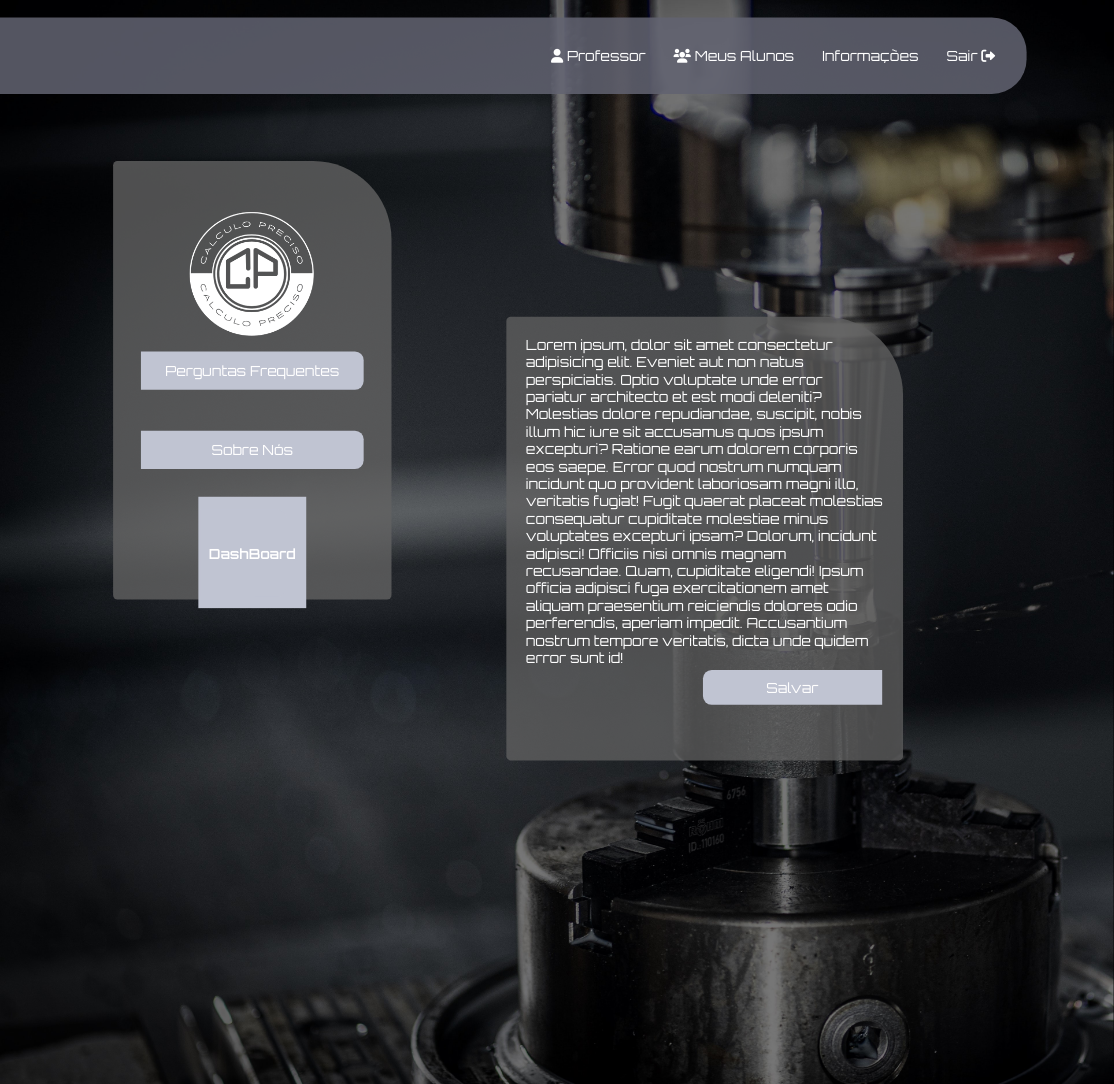
Repository: SSancaSH-Projetos/C-lculo-Preciso
Page: Front-End/informacoes.html
The author's editor kept a copy of each file at every save. The page is drawn from the files as they stood at one save, then again after the next save.
The browser window is 1280 px wide. The pictures show the whole page, at 87% of full size.

Above is the page before, as saved 2024-04-26 19:45:11.

### Front-End/informacoes.html
<!DOCTYPE html>
<html lang="pt-BR ">

<head>
    <title>Cálculo Preciso - Informações</title>
    <meta charset="UTF-8">
    <meta name="viewport" content="width=device-width, initial-scale=1.0">


    <link rel="stylesheet" href="assets/css/reset.css">
    <link href="https://cdnjs.cloudflare.com/ajax/libs/font-awesome/6.0.0-beta3/css/all.min.css" rel="stylesheet">

    <link rel="icon" type="image/png" sizes="32x32" href="assets/images/favicon-32x32.png">
    <meta name="theme-color" content="#ffffff">

    <link href="https://cdn.jsdelivr.net/npm/bootstrap@5.2.3/dist/css/bootstrap.min.css" rel="stylesheet"
        integrity="sha384-rbsA2VBKQhggwzxH7pPCaAqO46MgnOM80zW1RWuH61DGLwZJEdK2Kadq2F9CUG65" crossorigin="anonymous">
    <script src="https://cdn.jsdelivr.net/npm/bootstrap@5.2.3/dist/js/bootstrap.bundle.min.js"
        integrity="sha384-kenU1KFdBIe4zVF0s0G1M5b4hcpxyD9F7jL+jjXkk+Q2h455rYXK/7HAuoJl+0I4"
        crossorigin="anonymous"></script>

    <script type="module" src="https://unpkg.com/@google/model-viewer/dist/model-viewer.min.js"></script>
    <script nomodule src="https://unpkg.com/@google/model-viewer/dist/model-viewer-legacy.js"></script>

    <link rel="stylesheet" href="assets/css/geral.css">
    <link rel="stylesheet" href="assets/css/informacoes.css">


</head>

<body class="containerGeral">
    <header>
        <div class="navbar">
            <a href="#">
                <i class="fa-solid fa-user" style="color: #ffffff;"></i> Professor</a>
            <a href="#">
                <i class="fa-solid fa-users" style="color: #ffffff;"></i> Meus Alunos
            </a>
            <a href="informações.html">Informações</a>
            <a href="index.html">
                Sair <i class="fa-solid fa-right-from-bracket" style="color: #ffffff;"></i></a>
        </div>
    </header>

    <div class="div-container">
        <div class="container3d">
            <div class="layout-container">

                <img class="logoCalculoPreciso" src="assets/images/logoBranco.png" alt="PrecisionTechLogo">
                <button class="btn" style="background-color: #C0C4D2;">Perguntas Frequentes</button>
                <button class="btn" style="background-color: #C0C4D2;">Sobre Nós</button>
                <a style="background-color: #C0C4D2;" href="dashboard.html"><button class="btn btn-sidebar">DashBoard</button></a>
            </div>
            <div class="containerPeca3d">
                <model-viewer id="parts" class="parts-3d" controls auto-rotate
                    src="assets/3DModels/ImageToStl.com_3.7240x-2860.glb" camera-controls></model-viewer>
            </div>
        </div>

        <div class="cadastro-container">
            <p>Lorem ipsum, dolor sit amet consectetur adipisicing elit. Eveniet aut non natus perspiciatis. Optio
                voluptate unde error pariatur architecto et est modi deleniti? Molestias dolore repudiandae, suscipit,
                nobis illum hic iure sit accusamus quos ipsum excepturi? Ratione earum dolorem corporis eos saepe. Error
                quod nostrum numquam incidunt quo provident laboriosam magni illo, veritatis fugiat! Fugit quaerat
                placeat molestias consequatur cupiditate molestiae minus voluptates excepturi ipsam? Dolorum, incidunt
                adipisci! Officiis nisi omnis magnam recusandae. Quam, cupiditate eligendi! Ipsum officia adipisci fuga
                exercitationem amet aliquam praesentium reiciendis dolores odio perferendis, aperiam impedit.
                Accusantium nostrum tempore veritatis, dicta unde quidem error sunt id!</p>
            <button class="btn1" style="background-color: #C0C4D2; align-items: self-end;">Salvar</button>
        </div>
    </div>
</body>


</html>

### Front-End/assets/css/geral.css
@import url('https://fonts.googleapis.com/css2?family=Orbitron:wght@400..900&display=swap');

html{
  font-family: Arial, Helvetica, sans-serif;
}

.body-container {
  background-image: url("../images/bg3.jpg");
  background-size: cover;
  display: flex;
  justify-content: center;
  align-items: center;
  margin-left: 0;
  margin-top: 0px;

}

.page-title{
  text-align: center;
  color: #ffffff;
  font-family: "Orbitron";
  font-size: 1.6em;
}

.btn {
  background-color: #C0C4D2;
  border: none;
  color: #fff;
  font-size: 1.5em;
  padding: 10px 10px;
  text-align: center;
  text-decoration: none;
  cursor: pointer;
  border-radius: 0 5px 5px 0;
  /* Ajusta apenas os cantos à direita */
  width: 60%;
  position: flex;
  font-family: "Orbitron";
}

.btn-padrao {
  background-color: #C0C4D2;
  border: none;
  color: #fff;
  font-size: 1.5em;
  padding: 10px 10px;
  text-align: center;
  text-decoration: none;
  cursor: pointer;
  border-radius: 0 5px 5px 0;
  /* Ajusta apenas os cantos à direita */
  width: 60%;
  position: flex;
  font-family: "Orbitron";
}

h2 {
  color: white;
  font-family: "Orbitron";
  font-size: 2.5em;
}


h6 {
  color: white;
  font-family: "Orbitron";
  font-size: 0.4em;
}

.tabela {
  font-size: 1.2em;
  border-collapse: collapse;
  width: 100%; /* Faz a tabela ocupar todo o espaço horizontal do container */
}

.tabela th,
.tabela td {
  border: 1px solid #000;
  padding: 8px;
  text-align: center;
  color: #fff;
}

.tabela th {
  background-color: #f2f2f2;
  color: #000;
}

.tabela tr:nth-child(even) {
  background-color: #333;
}

.tabela tr:hover {
  background-color: #666;
}



.buttons{
  margin-top: 5vh;
  margin-bottom: 5vh;
  display: flex;
  flex-direction: column;
  gap: 30px;
}


.logo-container{
  display: flex;
  justify-content: center;
  margin: 2vh;
}

.precision-tech-container{
  display: flex;
  justify-content: center;
}

.content-container {
  display: flex;
  flex-direction: column;
  margin-left: 2%;
  width: 90%;
  padding-left: 3%;
  padding-right: 3%;


}

.buttons-container {
  display: flex;
  flex-direction: column;
  gap: 10px
}

.footer {
  color: white;
  font-family: Arial, Helvetica, sans-serif;
  width: 100%;
  text-align: center;
  padding: 10px;

}

.main-container {
  display: flex;
  width: 70%;
  height: 100%;
  justify-content: space-around;

}

.body-container {
  background-image: url("../images/bg3.jpg");
  background-size: cover;
  display: flex;
  flex-direction: column;
  justify-content: center;
  align-items: center;
  margin-left: 0;

}


.logoCalculoPreciso {
  width: 250px;
  align-items: center;
}


.footer-text {
  font-size: 14px;
}

.login-container {
  background-color: rgba(98, 98, 98, 0.8);
  border-radius: 5px 90px 5px 5px;
  display: flex;
  flex-direction: column;
  columns: 40%;
  color: #fff;
}

.layout-container {
  background-color: rgba(98, 98, 98, 0.8);
  border-radius: 5px 90px 5px 5px;
  display: flex;
  flex-direction: column;
  color: #fff;
  font-family: "Orbitron";
  height: 80vh;
  width: 35vw;
}

.logoCalculoPreciso {
  width: 150px;
  align-items: center;
}


.spinning-parts {
  display: flex;
  margin: 5%;
  background-color: rgba(98, 98, 98, 0.8);
  border-radius: 5px 5px 5px 90px;
}

.login-form {
  display: flex;
  flex-direction: column;
  justify-content: center;
  align-items: center;
  height: 80vh;
  width: 30vw;
  font-size: 25px;
  font-family: "Orbitron";

}

.buttons-container {
  display: flex;
  flex-direction: column;
  gap: 10px
}

.parts-3d {
  width: 50vw;
  height: 80vh;
}

.login-text-box {
  width: 100%;
}

.sub-titulos{
  font-size: 1.6em;
  margin-top: 1%;
}

.btn-sidebar{
  background-color: #C0C4D2;
  height: 100px;
  font-weight: 600;
}


.navbar {
  display: flex;
  justify-content: flex-end; /* Alinha os itens no final do contêiner */
  background-color: #626371dc;
  padding: 20px;
  font-family: Orbitron;
  border-top-right-radius: 40px;
  border-bottom-right-radius: 40px;
}

.navbar a {
  font-size: 16px;
  color: white;
  text-align: center;
  padding: 14px 16px;
  text-decoration: none;
}


.navbar a:hover {
  background-color: #dddddd8c;
}

/* Style the header */
header {



  width: 100%;
  text-align: center;
  font-size: 35px;
  color: white;
  border: 0;
}

.container {
  width: 100%;
  height: 100%;

}

### Front-End/assets/css/informacoes.css
@import url('https://fonts.googleapis.com/css2?family=Orbitron:wght@400..900&display=swap');

html, body, div, span, applet, object, iframe,
h1, h2, h3, h4, h5, h6, p, blockquote, pre,
a, abbr, acronym, address, big, cite, code,
del, dfn, em, img, ins, kbd, q, s, samp,
small, strike, strong, sub, sup, tt, var,
b, u, i, center,
dl, dt, dd, ol, ul, li,
fieldset, form, label, legend,
table, caption, tbody, tfoot, thead, tr, th, td,
article, aside, canvas, details, embed,
figure, figcaption, footer, header, hgroup,
menu, nav, output, ruby, section, summary,
time, mark, audio, video {
    margin: 0;
    padding: 0;
    border: 0;
    font: inherit;
    vertical-align: baseline;
}

.div-container {
    background-size: cover;
    display: flex;
    justify-content: center;
    flex-direction: row;
    align-items: center;
    padding: 30px;
    margin-top: -8%;

}

.containerGeral {
    background-image: url("../images/bg1.jpg");
    background-color: black;
    background-size: cover;
    display: flex;
    justify-content: center;
    flex-direction: column;
    align-items: center;
    padding-top: 10px;
    margin-right: 100px;
}

.layout-container {
    background-color: rgba(98, 98, 98, 0.8);
    border-radius: 5px 90px 5px 5px;
    display: flex;
    flex-direction: column;
    color: #fff;
    margin-right: 10%;
    margin-top: -19%;
    font-family: "Orbitron";
    height: 70vh;
    width: 25vw;
    margin-left: 100px;
    justify-content: center;
    align-items: center;
}

.cadastro-container {
    background-color: rgba(98, 98, 98, 0.76);
    border-radius: 5px 90px 5px 5px;
    display: flex;
    flex-direction: column;
    color: #fff;
    margin-right: 10%;
    margin-top: -2%;
    font-family: "Orbitron";
    padding: 2%;
}

.containerMetais {
    display: flex;
    flex-direction: row;
    width: 30vw;
}

.containerMetal,
.valorMetal {
    display: flex;
    flex-direction: column;
    margin-right: 20px;
}

.containerMaoDeObra {
    display: flex;
    flex-direction: row;
}

.containerMaquina {
    display: flex;
    flex-direction: row;
    width: 150px;
}

.container3d {
    flex-direction: column;
    margin-top: 22%;
}

.parts-3d {
    width: 40vw;
    height: 60vh;
}


.logoCalculoPreciso {
    width: 150px;
    margin-top: 20%;
}

.button {
    position: relative;
    left: -10;
}

.buttons-container {
    display: flex;
    flex-direction: column;
    gap: 10px;
    align-items: flex-start;
    border-top-left-radius: 0;
    border-bottom-left-radius: 0;
    position: relative;
    left: -10;
}

.login-text-box {
    width: 100%;
}


.btn {
    background-color: #C0C4D2;
    border: none;
    color: #fff;
    padding: 10px 10px;
    text-align: center;
    text-decoration: none;
    display: inline-block;
    font-size: 16px;
    margin: 15px 2px;
    cursor: pointer;
    border-radius: 0 10px 10px 0;
    margin-bottom: 10%;
    width: 80%;
    float: left;
    position: flex;
    left: -10;
    font-family: "Orbitron";
}


.btn:link,
.btn:visited {
    text-transform: uppercase;
    text-decoration: none;
    display: inline-block;
    border-radius: 100px;
    transition: all .2s;
    position: absolute;
    margin-bottom: 10%;
    bottom: -10%;
}

.btn:hover {
    transform: translateY(-3px);
    box-shadow: 0 10px 20px rgba(0, 0, 0, 0.2);
}

.btn:active {
    transform: translateY(-1px);
    box-shadow: 0 5px 10px rgba(0, 0, 0, 0.2);
}

.btn-white {
    background-color: #fff;
    color: #777;
}

.btn::after {
    content: "";
    display: inline-block;
    height: 100%;
    width: 100%;
    border-radius: 100px;
    position: absolute;
    top: 0;
    left: 0;
    z-index: -1;
    transition: all .4s;
}

.btn-white::after {
    background-color: #fff;
}

.btn:hover::after {
    transform: scaleX(1.4) scaleY(1.6);
    opacity: 0;
}

.btn-animated {
    animation: moveInBottom 5s ease-out;
    animation-fill-mode: backwards;
}

@keyframes moveInBottom {
    0% {
        opacity: 0;
        transform: translateY(30px);
    }
}

.dropdown {
    position: relative;
    display: inline-block;
    flex-direction: column;
}

.dropdown-content {

    display: none;
    position: absolute;
    background-color: #f1f1f1;
    min-width: 120px;
    box-shadow: 0px 8px 16px 0px rgba(0, 0, 0, 0.2);
    z-index: 1;
}

.dropdown-content a {
    color: black;
    padding: 12px 16px;
    text-decoration: none;
    display: block;
}

.dropdown-content a:hover {
    background-color: #ddd;
}

.dropdown:hover .dropdown-content {
    display: block;
}

/* Style the header */
header {
    width: 100%;
    text-align: center;
    font-size: 35px;
    color: white;
    border: 0;
    padding-top: 10px;
}

.btn1 {
    background-color: #C0C4D2;
    border: none;
    color: #fff;
    padding: 10px 10px;
    text-align: center;
    text-decoration: none;
    display: inline-block;
    font-size: 16px;
    margin: 4px 2px;
    cursor: pointer;
    border-radius: 10px 0px 0px 10px;
    margin-bottom: 10%;
    width: 50%;
    float: right;
    position: flex;
    right: -10;
    font-family: "Orbitron";
    align-self: flex-end;
}

.btn1:link,
.btn1:visited {
    text-transform: uppercase;
    text-decoration: none;
    /*padding: 15px 40px;*/
    display: inline-block;
    border-radius: 50px;
    transition: all .2s;
    position: absolute;
    margin-bottom: 10%;
    bottom: -10%;
}

.btn1:hover {
    transform: translateY(-3px);
    box-shadow: 0 10px 20px rgba(0, 0, 0, 0.2);
}

.btn1:active {
    transform: translateY(-1px);
    box-shadow: 0 5px 10px rgba(0, 0, 0, 0.2);
}

.btn1-white {
    background-color: #fff;
    color: #777;
}

.btn1::after {
    content: "";
    display: inline-block;
    height: 100%;
    width: 100%;
    border-radius: 100px;
    position: absolute;
    top: 0;
    left: 0;
    z-index: -1;
    transition: all .4s;
}

.btn1-white::after {
    background-color: #fff;
}

.btn1:hover::after {
    transform: scaleX(1.4) scaleY(1.6);
    opacity: 0;
}

.btn1-animated {
    animation: moveInBottom 5s ease-out;
    animation-fill-mode: backwards;
}

@keyframes moveInBottom {
    0% {
        opacity: 0;
        transform: translateY(30px);
    }
}

.containerPeca3d {
    display: flex;
    margin: 5%;
    padding: 20px;
    border-radius: 5px 5px 5px 90px;
}

Loaded but not shown: Front-End/assets/css/reset.css (no copy from this time; the picture is the same without it)

After the next save:
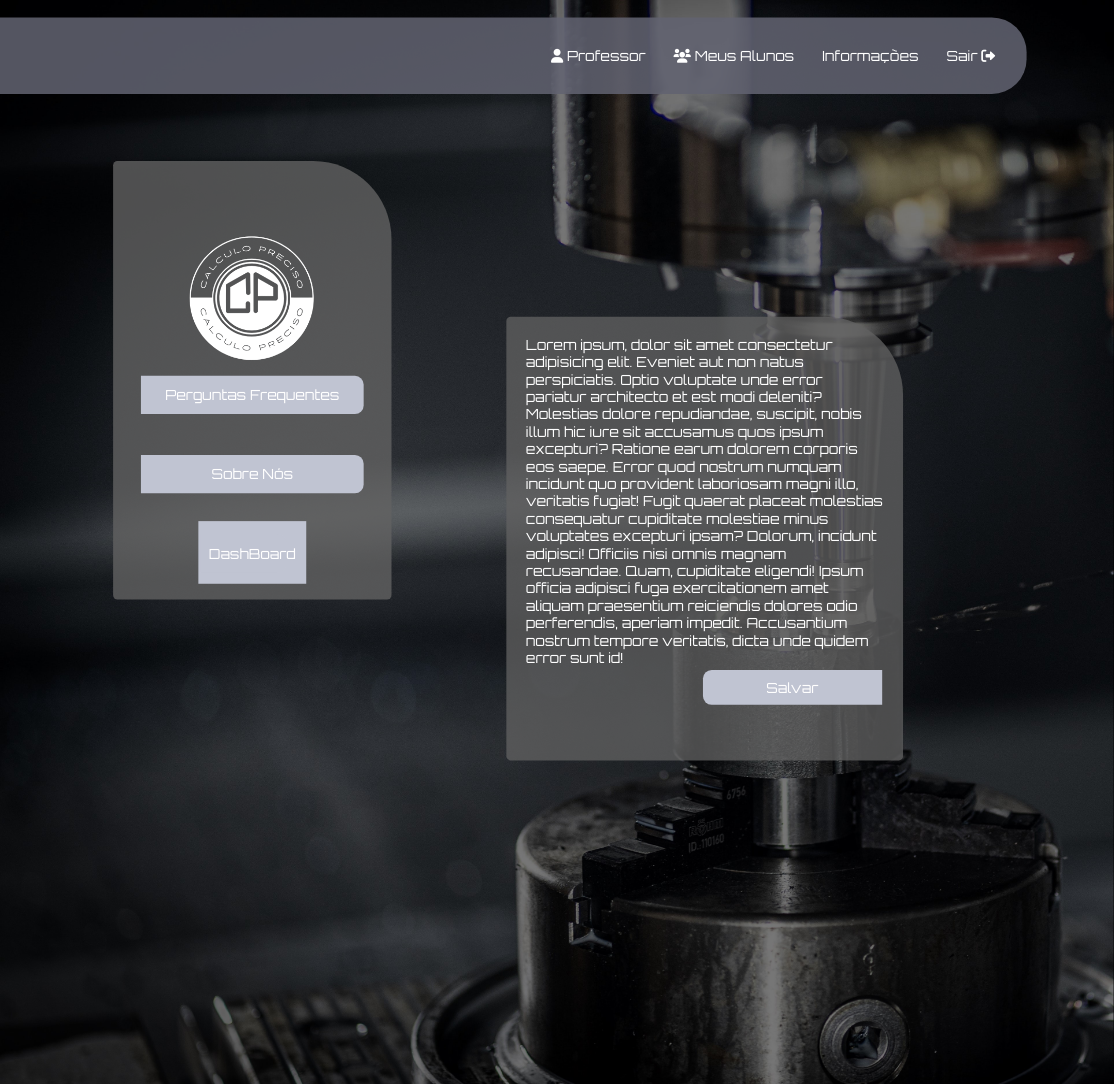
Saved 14 s later.
--- a/Front-End/informacoes.html
+++ b/Front-End/informacoes.html
@@ -49,7 +49,7 @@
                 <img class="logoCalculoPreciso" src="assets/images/logoBranco.png" alt="PrecisionTechLogo">
                 <button class="btn" style="background-color: #C0C4D2;">Perguntas Frequentes</button>
                 <button class="btn" style="background-color: #C0C4D2;">Sobre Nós</button>
-                <a style="background-color: #C0C4D2;" href="dashboard.html"><button class="btn btn-sidebar">DashBoard</button></a>
+                <a style="background-color: #C0C4D2;" href="dashboard.html"><button class="btn">DashBoard</button></a>
             </div>
             <div class="containerPeca3d">
                 <model-viewer id="parts" class="parts-3d" controls auto-rotate
